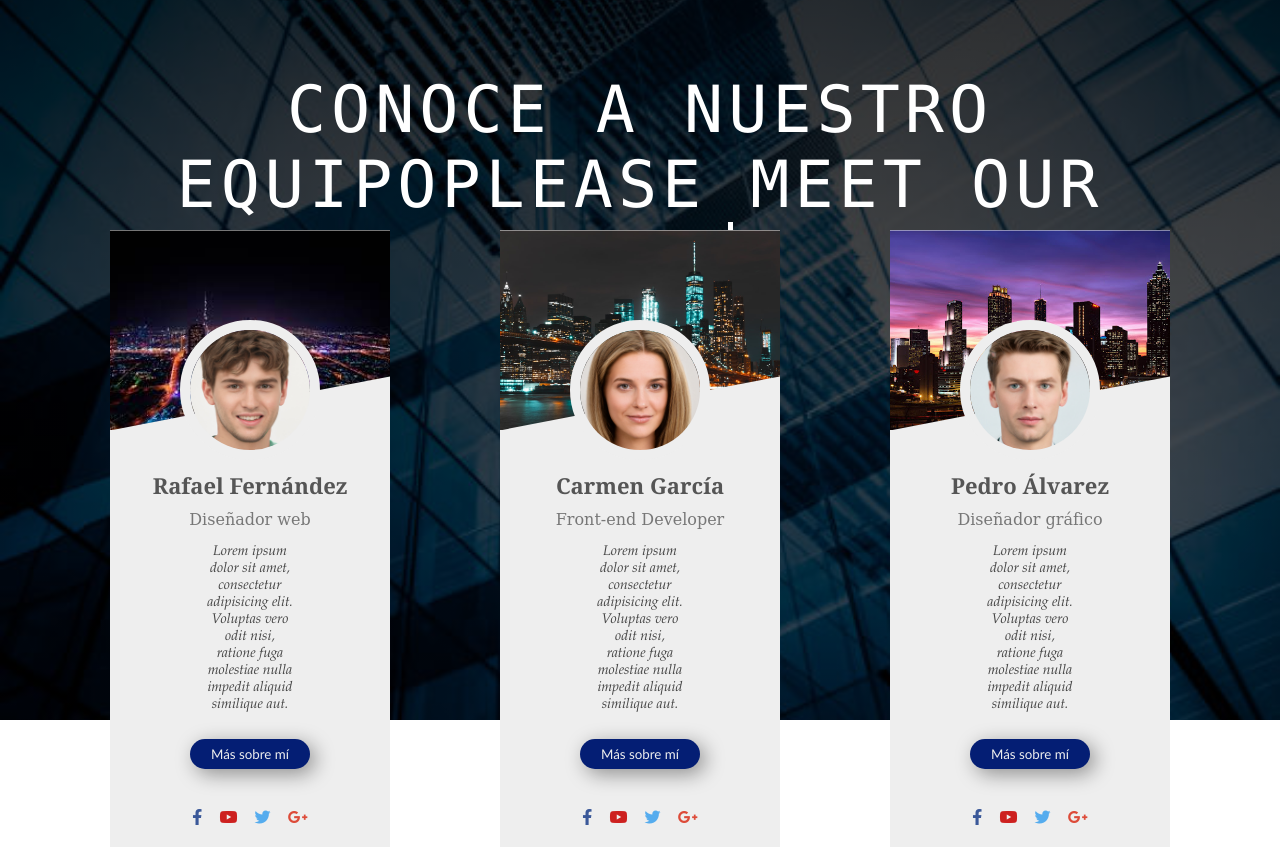
Repository: RaquelAlvarezz/Ejercicios-FormawebIV
Page: Equipo/index.html
The author's editor kept a copy of each file at every save. The page is drawn from the files as they stood at one save, then again after the next save.
The browser window is 1280 px wide. The pictures show the whole page.

Above is the page before, as saved 2021-11-23 14:51:14.

After the next save:
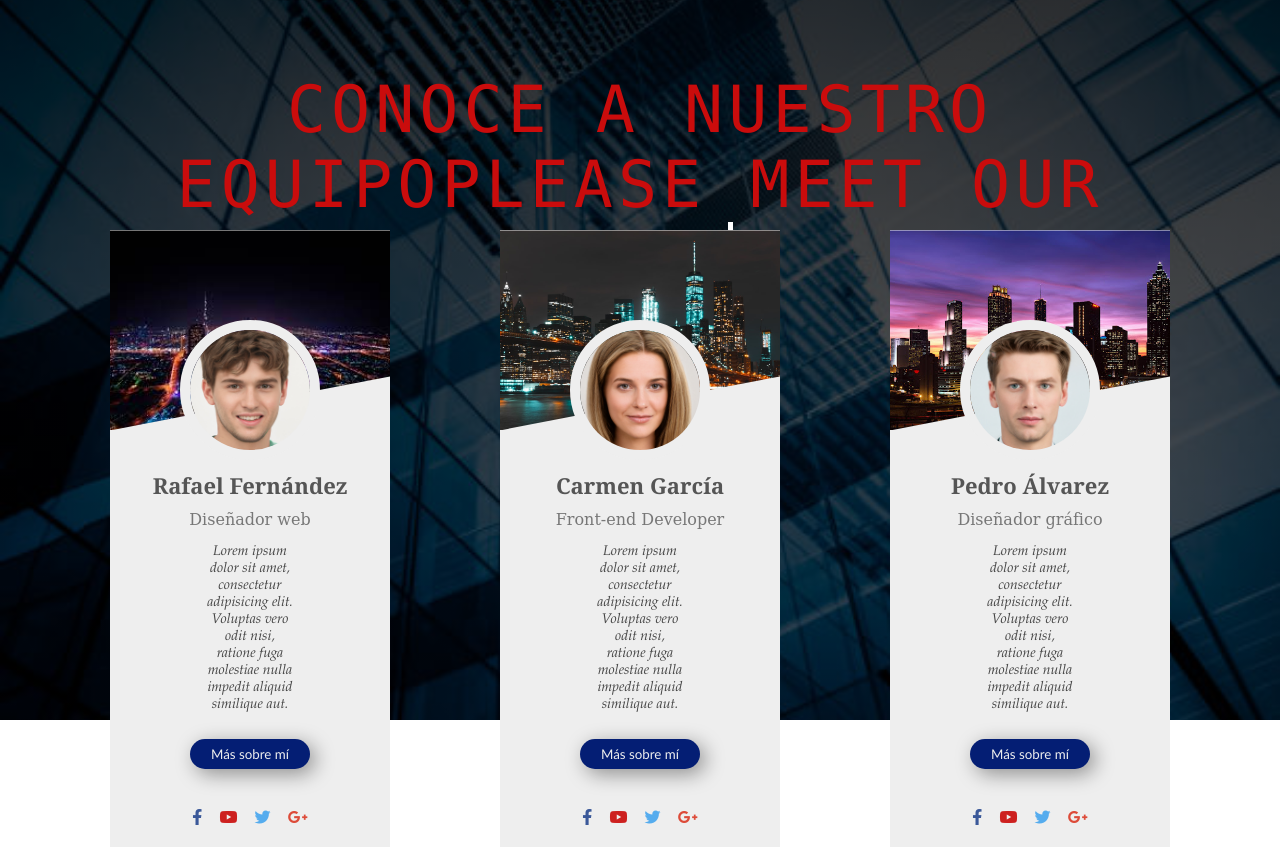
Saved 15 s later.
--- a/Equipo/css/styles.css
+++ b/Equipo/css/styles.css
@@ -14,7 +14,7 @@
 }
 
 .heading{
-	color: #fff;
+	color: rgb(202, 12, 12);
 	font-size: 70px;
 	position: absolute;
 	top: 10%;
